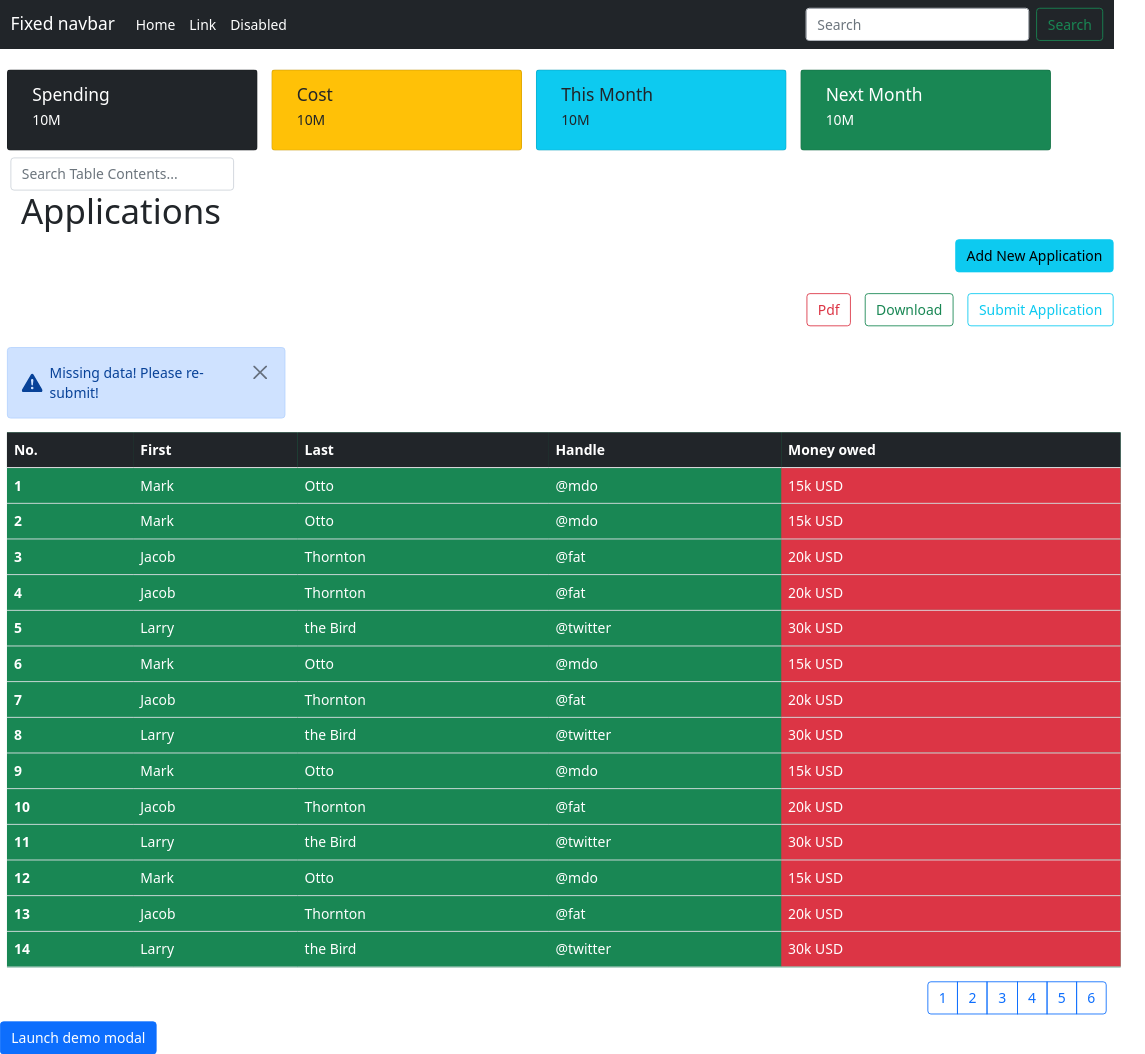
Repository: Dayvid0/BOOTSTRAP-TUTORIALS
Page: BOOTSTRAP-GRID-LAYOUTS/zylo.html
These files come from the project's save history. The page is drawn as it stood at one moment and after the next save; the edit follows.
The browser window is 1280 px wide. The page is 1316 px wide, so the pictures cover 1316 px, including what lies to the right of the window. The pictures show the whole page, at 87% of full size.

Above is the page before, as saved 2025-02-01 11:01:47.

### BOOTSTRAP-GRID-LAYOUTS/zylo.html
<!doctype html>
<html lang="en">
  <head>
    <!-- Required meta tags -->
    <meta charset="utf-8">
    <meta name="viewport" content="width=device-width, initial-scale=1">
    <!-- Bootstrap CSS -->
    <link href="https://cdn.jsdelivr.net/npm/bootstrap@5.0.2/dist/css/bootstrap.min.css" rel="stylesheet" integrity="sha384-EVSTQN3/azprG1Anm3QDgpJLIm9Nao0Yz1ztcQTwFspd3yD65VohhpuuCOmLASjC" crossorigin="anonymous">
    <title>ZYLO</title>
    <style>
      body {
      min-height: 75rem;
      padding-top: 4.5rem;
}
    </style>
  </head>
  <body>
    <div class="container-fluid">
      <div class="row ">
        <div class="card m-2 col-md-3 bg-dark text-white" style="width: 18rem;">
          <div class="card-body">
            <h5 class="card-title">Spending</h5>
            <h6>10M</h6>
          </div>
        </div>
        <div class="card m-2 col-md-3 bg-warning" style="width: 18rem;">
          <div class="card-body">
            <h5 class="card-title">Cost</h5>
            <h6>10M</h6>
          </div>
        </div>
        <div class="card m-2 col-md-3 bg-info" style="width: 18rem;">
          <div class="card-body">
            <h5 class="card-title">This Month</h5>
            <h6>10M</h6>
          </div>
        </div>
        <div class="card m-2 col-md-3 bg-success text-white" style="width: 18rem;">
          <div class="card-body">
            <h5 class="card-title">Next Month</h5>
            <h6>10M</h6>
          </div>
        </div>
      </div>
    </div>
    <nav class="navbar navbar-expand-md navbar-dark fixed-top bg-dark">
      <div class="container-fluid">
        <a class="navbar-brand" href="#">Fixed navbar</a>
        <button class="navbar-toggler" type="button" data-bs-toggle="collapse" data-bs-target="#navbarCollapse" aria-controls="navbarCollapse" aria-expanded="false" aria-label="Toggle navigation">
          <span class="navbar-toggler-icon"></span>
        </button>
        <div class="collapse navbar-collapse" id="navbarCollapse">
          <ul class="navbar-nav me-auto mb-2 mb-md-0">
            <li class="nav-item">
              <a class="nav-link active" aria-current="page" href="#">Home</a>
            </li>
            <li class="nav-item">
              <a class="nav-link active" href="#">Link</a>
            </li>
            <li class="nav-item">
              <a class="nav-link active" href="#" tabindex="-1" aria-disabled="true">Disabled</a>
            </li>
          </ul>
          <form class="d-flex">
            <input class="form-control me-2" type="search" placeholder="Search" aria-label="Search">
            <button class="btn btn-outline-success" type="submit">Search</button>
          </form>
        </div>
      </div>
    </nav>
      <div class="row  ">
        <input class="form-control  mx-4 w-auto " type="search" placeholder="Search Table Contents..." aria-label="Search">
        <h1 class="mx-4">Applications</h1>
      </div>
      <!--buttons-->
      <div class="col d-flex  justify-content-end pb-4">
            <button type="button" class="btn btn-info" data-bs-toggle="modal" data-bs-target="#exampleModal">
              Add New Application</button>
        </div>
      </div>
      <div class="col pb-4 d-flex gap-3 justify-content-end align-items ">
        <button type="button" class="btn btn-outline-danger">Pdf</button>
        <button type="button" class="btn btn-outline-success">Download</button>
        <button type="button" class="btn btn-outline-info">Submit Application</button>
      </div>
      <!--Alerts-->
      <div class="alert alert-primary d-flex align-items-left  w-25 mx-2" role="alert">
        <div class="d-flex align-items-center w-">
            <svg xmlns="http://www.w3.org/2000/svg" width="24" height="24" fill="currentColor" class="bi bi-exclamation-triangle-fill flex-shrink-0 me-2" viewBox="0 0 16 16" role="img" aria-label="Warning:">
                <path d="M8.982 1.566a1.13 1.13 0 0 0-1.96 0L.165 13.233c-.457.778.091 1.767.98 1.767h13.713c.889 0 1.438-.99.98-1.767L8.982 1.566zM8 5c.535 0 .954.462.9.995l-.35 3.507a.552.552 0 0 1-1.1 0L7.1 5.995A.905.905 0 0 1 8 5zm.002 6a1 1 0 1 1 0 2 1 1 0 0 1 0-2z"/>
            </svg>
            <div>
                Missing data! Please re-submit!
            </div>
        </div>
        <button type="button" class="btn-close ms-auto" data-bs-dismiss="alert" aria-label="Close"></button>
    </div>
      <!--End of alerts-->
    <table class="table table-hover mx-2 bg-success text-white">
      <thead class="bg-dark text-white">
        <tr >
          <th scope="col">No.</th>
          <th scope="col">First</th>
          <th scope="col">Last</th>
          <th scope="col">Handle</th>
          <th scope="col">Money owed</th>
        </tr>
      </thead>
      <tbody>
        <tr>
          <th scope="row">1</th>
          <td>Mark</td>
          <td>Otto</td>
          <td>@mdo</td>
          <td class="bg-danger">15k USD</td>
        </tr>
        <tr>
          <th scope="row">2</th>
          <td>Mark</td>
          <td>Otto</td>
          <td>@mdo</td>
          <td class="bg-danger">15k USD</td>
        </tr>
        <tr>
          <th scope="row">3</th>
          <td>Jacob</td>
          <td>Thornton</td>
          <td>@fat</td>
          <td class="bg-danger">20k USD</td>
        </tr>
        <tr>
          <tr>
            <th scope="row">4</th>
            <td>Jacob</td>
            <td>Thornton</td>
            <td>@fat</td>
            <td class="bg-danger">20k USD</td>
          </tr>
          <tr>
          <th scope="row">5</th>
          <td >Larry </td>
          <td>the Bird</td>
          <td>@twitter</td>
          <td class="bg-danger">30k USD</td>
        </tr>
        <tr>
          <th scope="row">6</th>
          <td>Mark</td>
          <td>Otto</td>
          <td>@mdo</td>
          <td class="bg-danger">15k USD</td>
        </tr>
        <tr>
          <th scope="row">7</th>
          <td>Jacob</td>
          <td>Thornton</td>
          <td>@fat</td>
          <td class="bg-danger">20k USD</td>
        </tr>
        <tr>
          <th scope="row">8</th>
          <td>Larry </td>
          <td>the Bird</td>
          <td>@twitter</td>
          <td class="bg-danger">30k USD</td>
        </tr>
        <tr>
          <th scope="row">9</th>
          <td>Mark</td>
          <td>Otto</td>
          <td>@mdo</td>
          <td class="bg-danger">15k USD</td>
        </tr>
        <tr>
          <th scope="row">10</th>
          <td>Jacob</td>
          <td>Thornton</td>
          <td>@fat</td>
          <td class="bg-danger">20k USD</td>
        </tr>
        <tr>
          <th scope="row">11</th>
          <td>Larry </td>
          <td>the Bird</td>
          <td>@twitter</td>
          <td class="bg-danger">30k USD</td>
        </tr>
        <tr>
          <th scope="row">12</th>
          <td>Mark</td>
          <td>Otto</td>
          <td>@mdo</td>
          <td class="bg-danger">15k USD</td>
        </tr>
        <tr>
          <th scope="row">13</th>
          <td>Jacob</td>
          <td>Thornton</td>
          <td>@fat</td>
          <td class="bg-danger">20k USD</td>
        </tr>
        <tr>
          <th scope="row">14</th>
          <td>Larry </td>
          <td>the Bird</td>
          <td>@twitter</td>
          <td class="bg-danger">30k USD</td>
        </tr>
      </tbody>
    </table>
    <div class="d-flex justify-content-end m-2">
    <div class="btn-group" role="group" aria-label="Basic example">
      <button type="button" class="btn btn-outline-primary">1</button>
      <button type="button" class="btn btn-outline-primary ">2</button>
      <button type="button" class="btn btn-outline-primary">3</button>
      <button type="button" class="btn btn-outline-primary">4</button>
      <button type="button" class="btn btn-outline-primary ">5</button>
      <button type="button" class="btn btn-outline-primary">6</button>
    </div>
  </div>
  <!-- Button trigger modal -->
<button type="button" class="btn btn-primary" data-bs-toggle="modal" data-bs-target="#exampleModal">
  Launch demo modal
</button>
<!-- Modal -->
<div class="modal fade" id="exampleModal" tabindex="-1" aria-labelledby="exampleModalLabel" aria-hidden="true">
  <div class="modal-dialog">
    <div class="modal-content">
      <div class="modal-header">
        <h5 class="modal-title" id="exampleModalLabel">NEW APPLICATION</h5>
        <button type="button" class="btn-close" data-bs-dismiss="modal" aria-label="Close"></button>
      </div>
      <div class="modal-body">
        Live demo
Toggle a working modal demo by clicking the button below. It will slide down and fade in from the top of the page.
      </div>
      <div class="modal-footer">
        <button type="button" class="btn btn-secondary" data-bs-dismiss="modal">Close</button>
        <button type="button" class="btn btn-primary">Download</button>
        <button type="button" class="btn btn-success">PDF</button>
        <button type="button" class="btn btn-info">Print</button>
      </div>
    </div>
  </div>
</div>
    <script src="https://cdn.jsdelivr.net/npm/bootstrap@5.0.2/dist/js/bootstrap.bundle.min.js" integrity="sha384-MrcW6ZMFYlzcLA8Nl+NtUVF0sA7MsXsP1UyJoMp4YLEuNSfAP+JcXn/tWtIaxVXM" crossorigin="anonymous"></script>
  </body>
</html>

After the next save:
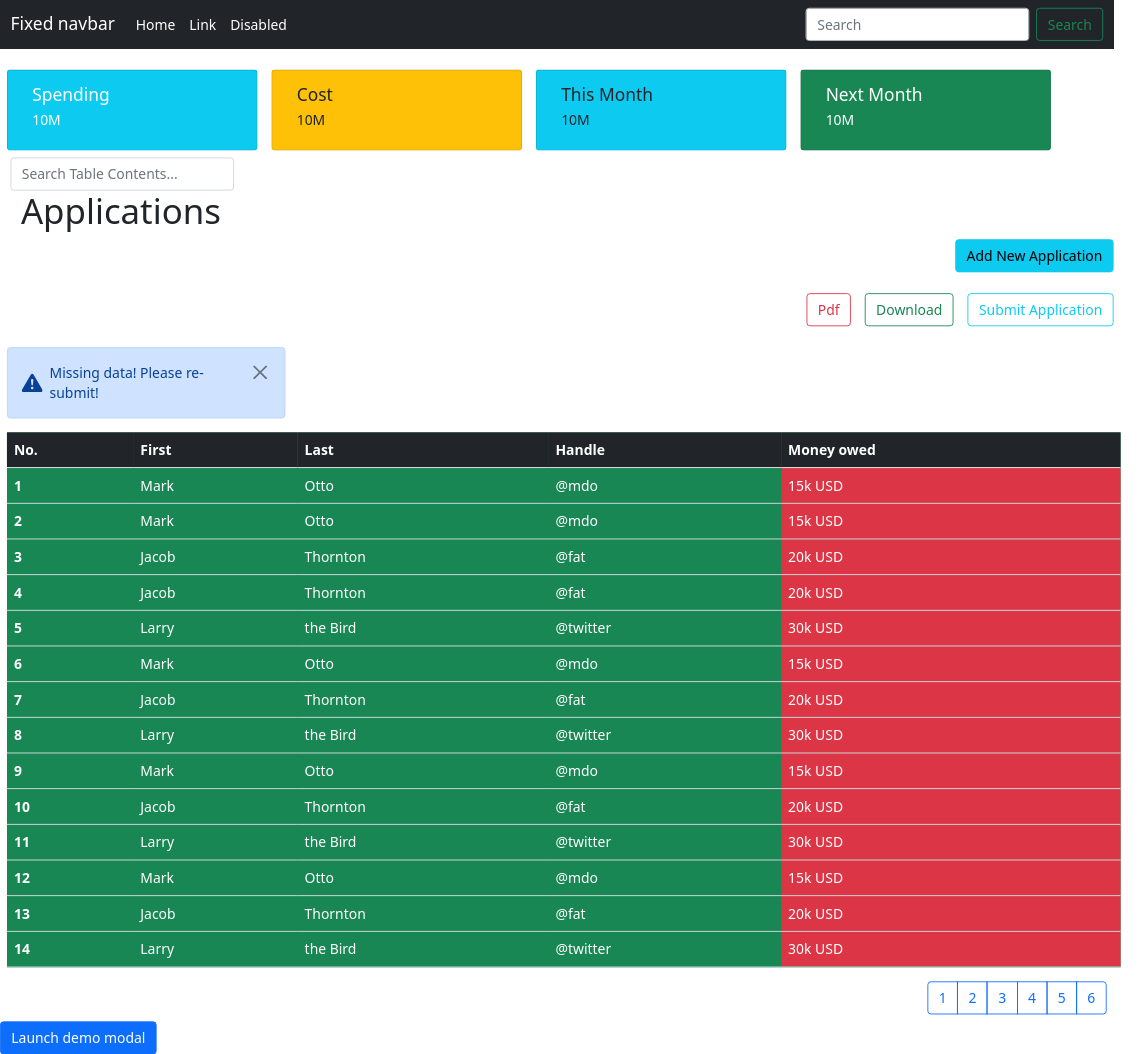
Saved 20 min 36 s later.
--- a/BOOTSTRAP-GRID-LAYOUTS/zylo.html
+++ b/BOOTSTRAP-GRID-LAYOUTS/zylo.html
@@ -17,7 +17,7 @@
   <body>
     <div class="container-fluid">
       <div class="row ">
-        <div class="card m-2 col-md-3 bg-dark text-white" style="width: 18rem;">
+        <div class="card m-2 col-md-3 bg-info text-white" style="width: 18rem;">
           <div class="card-body">
             <h5 class="card-title">Spending</h5>
             <h6>10M</h6>
